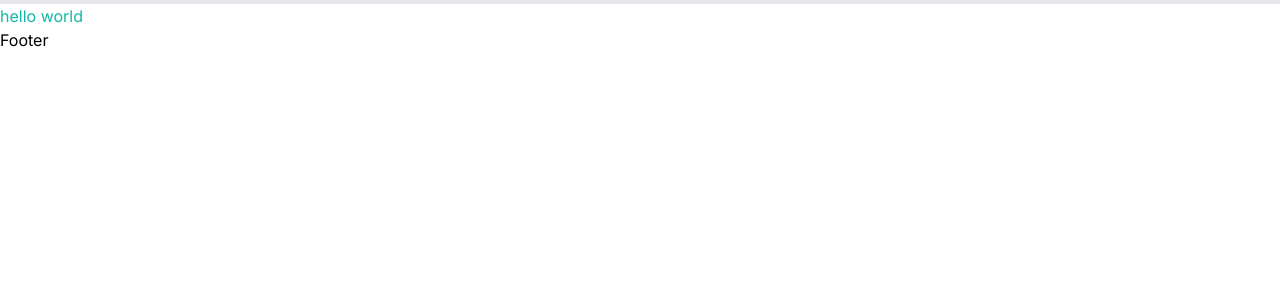
Repository: tarun4141/travel-app
Page: /
An editor plug-in stored every save of this project. The page is shown before and after a run of saves, followed by the edit.
The browser window is 1280 px wide. The pictures show the whole page.
The project was rebuilt for these pictures with package versions that can differ from the ones it lists, and the page was loaded fresh each time. The framework's server and built-in components were replaced by stand-ins that run in the browser. Also part of the build but not shown: next.config.mjs.

Above is the page before, as saved 2024-06-23 01:19:15.

After the next 7 saves:
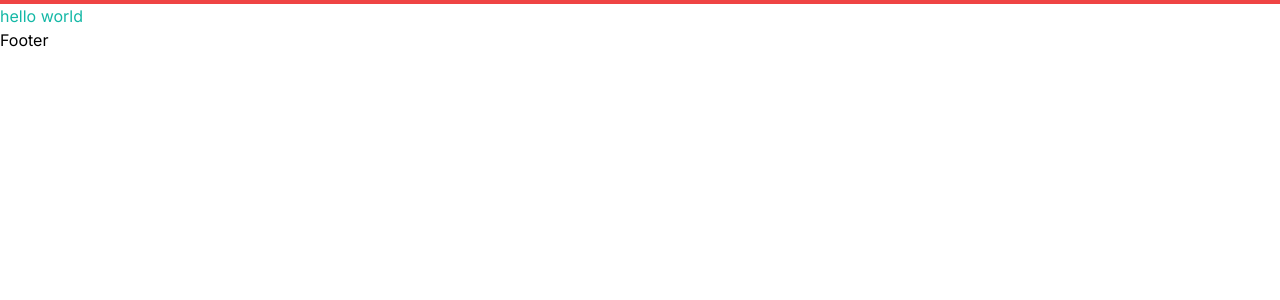
The 7 saves are shown as one change because they came seconds apart.
The last was saved 10 s later.
--- a/components/Navbar.tsx
+++ b/components/Navbar.tsx
@@ -3,7 +3,7 @@ import React from 'react'
 const Navbar = () => {
   return (
    <nav className='border-2
-   '>
+   border-red-500'>
 
    </nav>
   )
